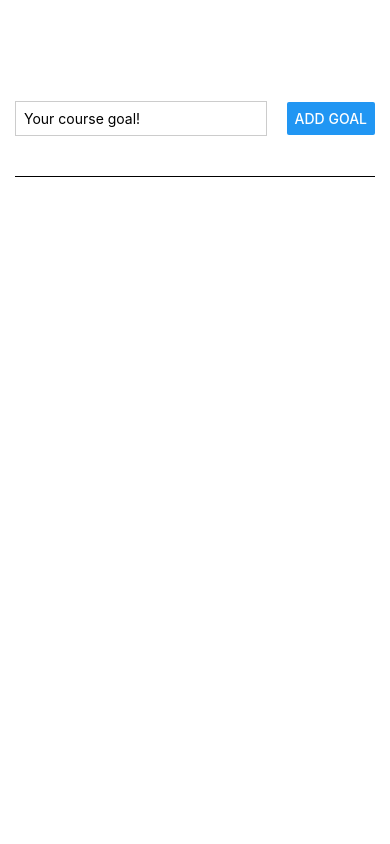
Repository: SyLe-Van/Todo-App
Screen: /, after clicking the first element matching `button.css-view-175oi2r`
An editor plug-in stored every save of this project. The screen is shown before and after the next save, followed by the edit.
The app was drawn by React Native's web renderer in a window 390 px wide. The project was rebuilt for these pictures with package versions that can differ from the ones it lists, and the page was loaded fresh each time.

Above is the screen before, as saved 2024-01-27 15:28:11.

After the next save:
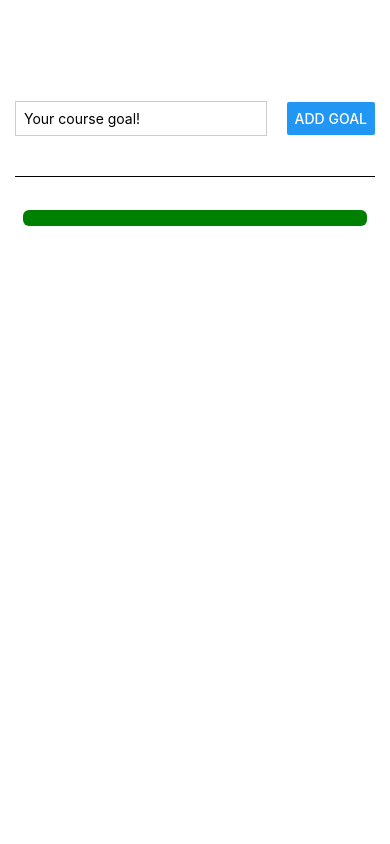
Saved 38 s later.
--- a/App.js
+++ b/App.js
@@ -23,7 +23,9 @@ export default function App() {
       </View>
       <View style={styles.goalsContainer}>
         {courseGoals.map((goal) => (
-          <Text key={goal}>{goal}</Text>
+          <Text style={styles.goalItem} key={goal}>
+            {goal}
+          </Text>
         ))}
       </View>
     </View>
